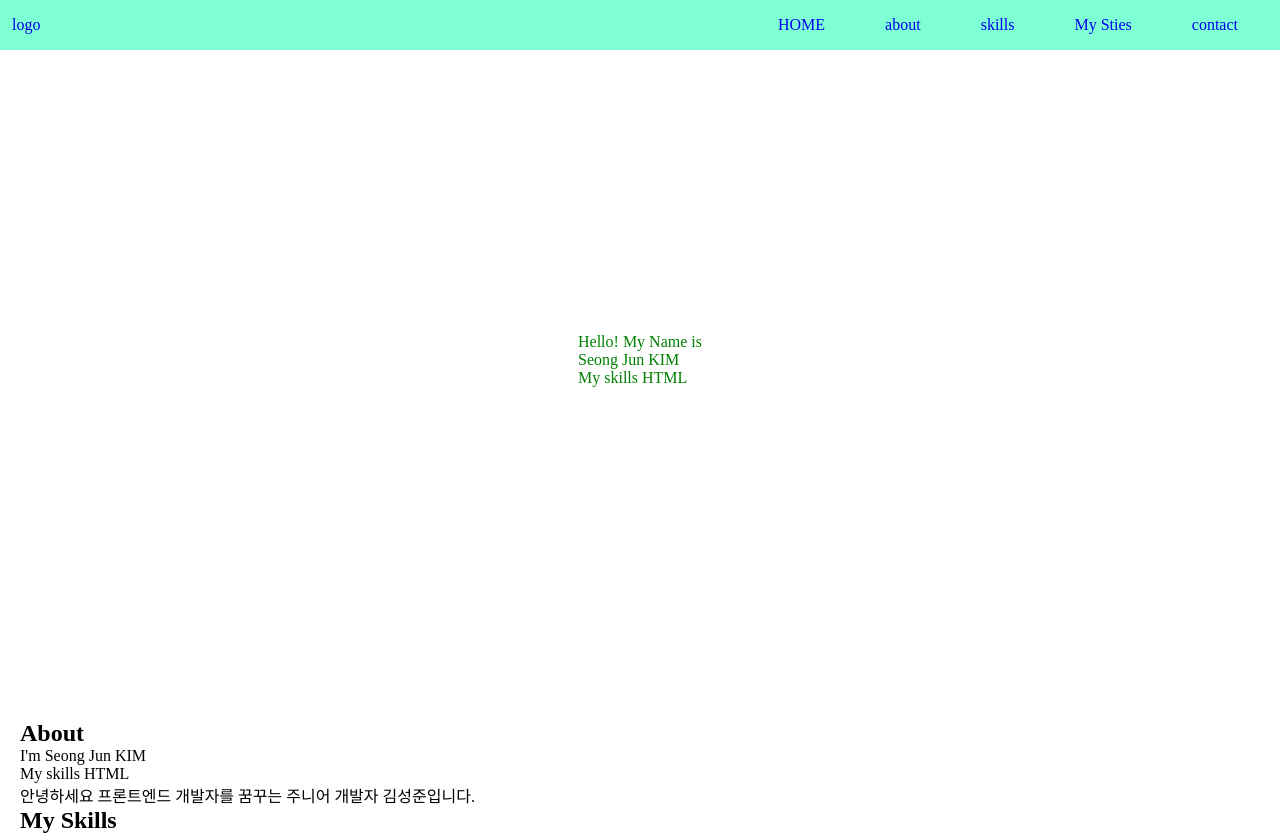
Repository: jun01270/jun
Page: index.html
An editor plug-in stored every save of this project. The page is shown before and after the next save, followed by the edit.
The browser window is 1280 px wide. The pictures show the whole page.

Above is the page before, as saved 2023-05-09 12:14:08.

After the next save:
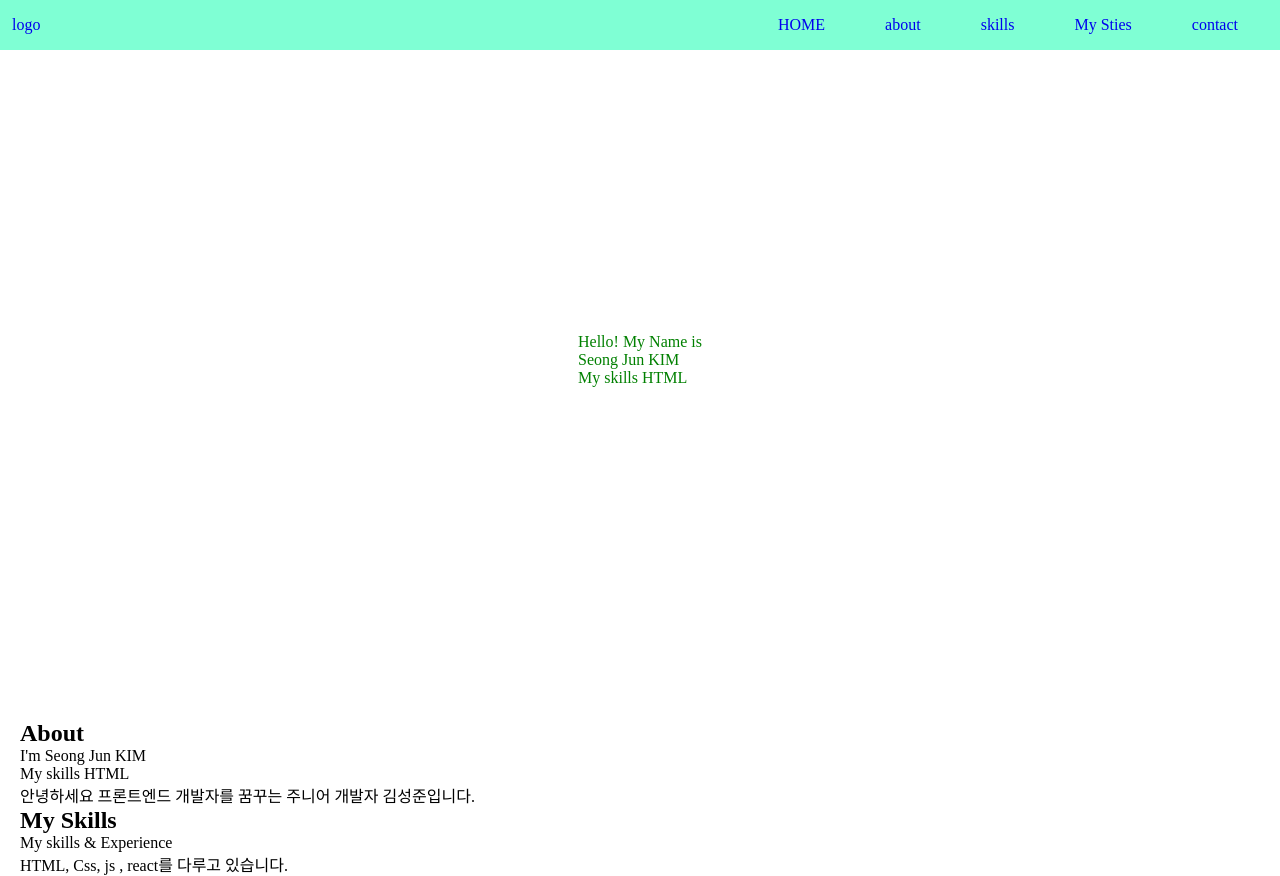
Saved 2 min 45 s later.
--- a/index.html
+++ b/index.html
@@ -50,6 +50,14 @@
     <section class="skills">
       <div class="max-width">
         <h2 class="title">My Skills</h2>
+        <div class="skills-content">
+          <div class="left-column">
+            <div class="skills-text">
+              <div class="sub-title">My skills & Experience</div>
+              <p>HTML, Css, js , react를 다루고 있습니다.</p>
+            </div>
+          </div>
+        </div>
       </div>
     </section>
 
